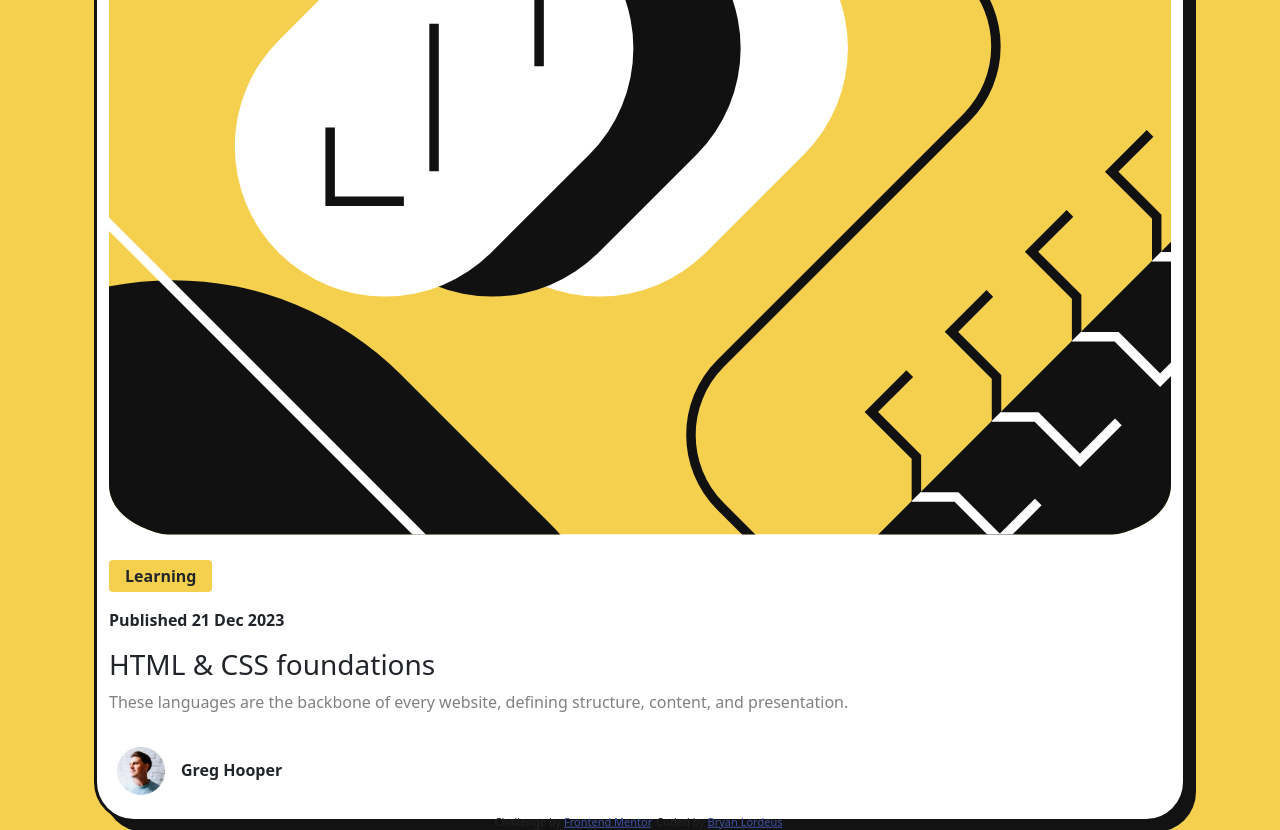
Repository: blordeus/blog-preview-card
Page: index.html
An editor plug-in stored every save of this project. The page is shown before and after the next save, followed by the edit.
The browser window is 1280 px wide. The pictures show the whole page.
The style sheet was rebuilt from its Sass, Less or Tailwind sources for each picture, by a compiler version that may differ from the author's.

Above is the page before, as saved 2024-02-10 11:48:03.

### index.html
<!DOCTYPE html>
<html lang="en">
<head>
  <meta charset="UTF-8">
  <meta name="viewport" content="width=device-width, initial-scale=1.0"> <!-- displays site properly based on user's device -->

  <link rel="icon" type="image/png" sizes="32x32" href="./assets/images/favicon-32x32.png">
  <link rel="stylesheet" href="style.css">
  <link href="https://cdn.jsdelivr.net/npm/bootstrap@5.1.3/dist/css/bootstrap.min.css" rel="stylesheet" integrity="sha384-1BmE4kWBq78iYhFldvKuhfTAU6auU8tT94WrHftjDbrCEXSU1oBoqyl2QvZ6jIW3" crossorigin="anonymous">
  <title>Frontend Mentor | Blog preview card</title>

</head>
<body class="yellow-bg container py-5 px-4">
<main class=" white-bg black-shadow row mx-auto py-3">
      <img class="img-header rounded-edges" src="assets\images\illustration-article.svg" alt="header image">
      <div class="mt-4">
        <p class="yellow-bg d-inline-block px-3 py-1 rounded fw-bold">Learning</p>
      </div>
      <p class="fw-bold">Published 21 Dec 2023</p>
      <h1 class="h3">HTML & CSS foundations</h1>
      <p class="grey-text">These languages are the backbone of every website, defining structure, content, and presentation.</p>

      <div class="d-flex gap-2 pt-2 align-items-center">
        <img class="greg" src="assets\images\image-avatar.webp" alt="author image">
        <p class="mt-3 fw-bold">Greg Hooper</p>
      </div>

</main>
<div class="attribution d-none d-sm-block translate-middle-y">
    Challenge by <a href="https://www.frontendmentor.io?ref=challenge" target="_blank">Frontend Mentor</a>.
    Coded by <a href="www.bryanlordeus.com">Bryan Lordeus</a>.
  </div>
</body>
</html>

### style.scss
@font-face {
    font-family: Figtree;
    src: url(./assets/fonts/Figtree-VariableFont_wght.ttf);
}

@font-face {
    font-family: Figtree-Italic;
    src: url(./assets/fonts/Figtree-Italic-VariableFont_wght.ttf) format("truetype");
    font-style: italic;
}

// Primary

$Yellow: hsl(47, 88%, 63%);

// Neutral

$White: hsl(0, 0%, 100%);
$Grey: hsl(0, 0%, 50%);
$Black: hsl(0, 0%, 7%);

//reset

* {
    margin: 0;
    padding: 0;
    box-sizing: border-box;
}

body {
    font-family: Figtree;
    //100vh
    height: 100vh;
    display: flex;
    flex-direction: column;
    justify-content: center;
    align-items: center;
}

main{
    border-radius: 10px;
    //translate vertically to center of screen
}

.rounded-edges {
    border-radius: 5%;
}

p {
    font-size: 16px;
}


.yellow-bg {
    background-color: $Yellow;

}

.black-bg {
    background-color: $Black;
}

//create a black shadow for the box that offsets to the right and bottom

.black-shadow {
    box-shadow: 10px 10px 0px $Black;
    border: 2px solid $Black;
}

.grey-text {
    color: $Grey;
}

.white-bg {
    background-color: $White;
}

.black-text {
    color: $Black;
}

.greg {
    scale: 0.75;
}

.attribution { font-size: 11px; text-align: center; }
.attribution a { color: hsl(228, 45%, 44%); }

//media query for desktop

@media (min-width: 768px) {
    .black-shadow {
        box-shadow: 10px 10px 0px $Black;
        border: 3px solid $Black;
    }

    //reduce main box size and center it to screen

    main {
        border-radius: 40px;
        //translate box to center of screen
        margin: auto;
    }

    .rounded-edges {
        border-radius: 8%;
    }

}

After the next save:
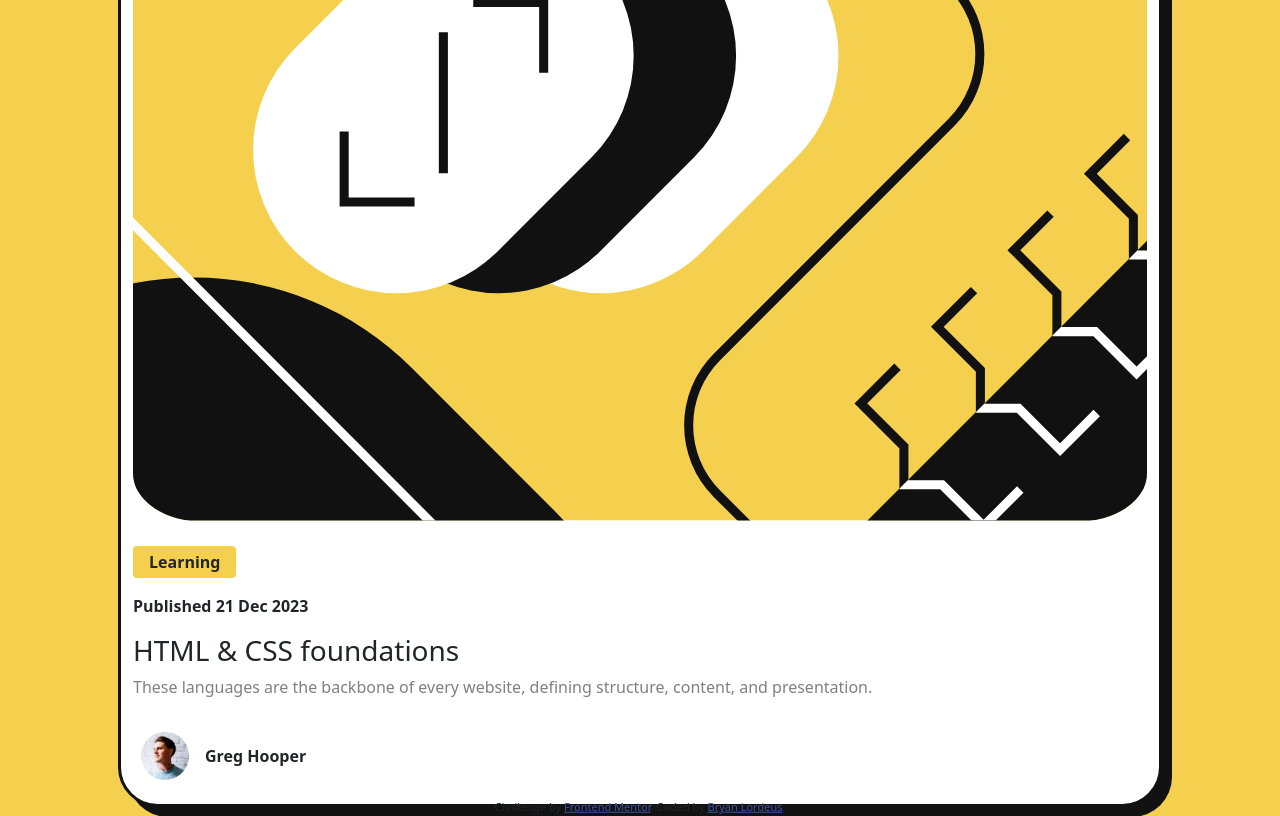
Saved 7 s later.
--- a/index.html
+++ b/index.html
@@ -10,7 +10,7 @@
   <title>Frontend Mentor | Blog preview card</title>
 
 </head>
-<body class="yellow-bg container py-5 px-4">
+<body class="yellow-bg container py-5 px-5">
 <main class=" white-bg black-shadow row mx-auto py-3">
       <img class="img-header rounded-edges" src="assets\images\illustration-article.svg" alt="header image">
       <div class="mt-4">
